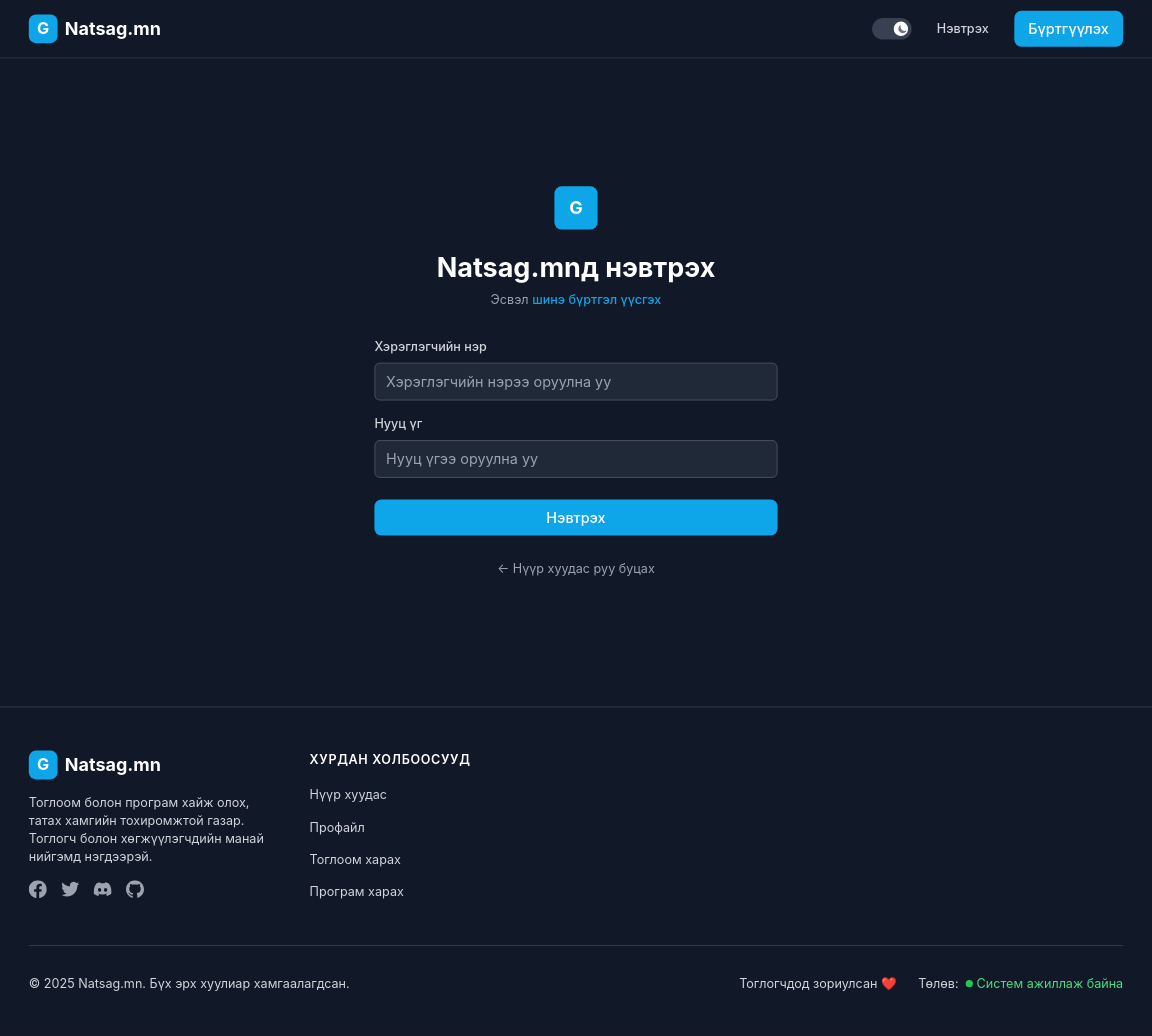
Repository: temuujinnn/file_server_frontend
Page: /login
An editor plug-in stored every save of this project. The page is shown before and after the next save, followed by the edit.
The browser window is 1280 px wide. The pictures show the whole page, at 90% of full size.
The project was rebuilt for these pictures with package versions that can differ from the ones it lists, and the page was loaded fresh each time. Also part of the build but not shown: vite.config.js, vite.config.ts, src/components/TagSidebar.tsx, src/components/ProductCard.tsx, src/components/ProductGrid.tsx, src/components/ProductDetailModal.tsx, src/components/ViewToggle.tsx, src/pages/HomePage.tsx and 3 more.

Above is the page before, as saved 2025-09-28 17:09:34.

After the next save:
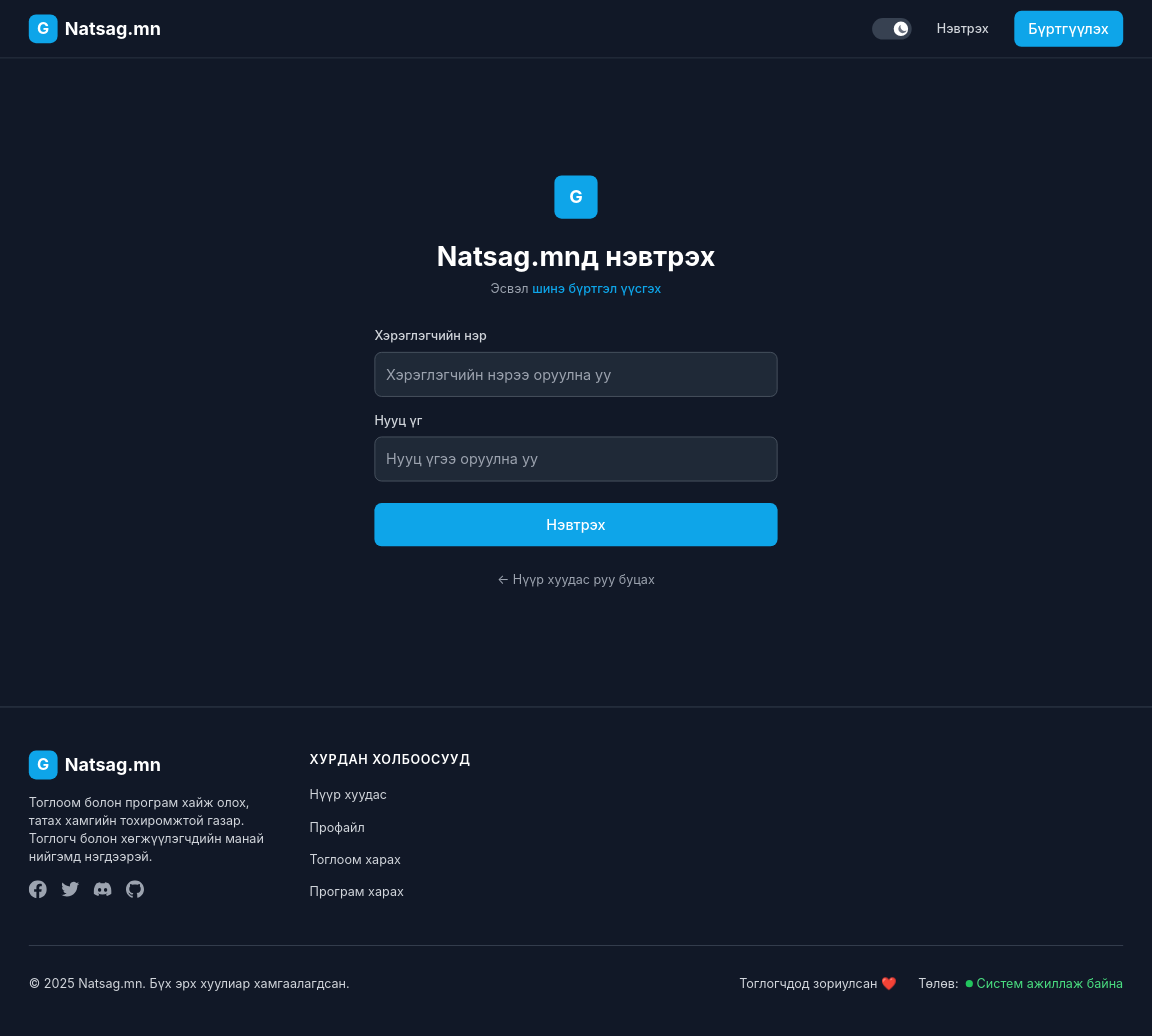
Saved 5 s later.
--- a/src/pages/LoginPage.tsx
+++ b/src/pages/LoginPage.tsx
@@ -90,16 +90,15 @@ const LoginPage: React.FC = () => {
   };
 
   return (
-    <div className="min-h-screen bg-gray-50 dark:bg-gray-900 flex items-center justify-center py-12 px-4 sm:px-6 lg:px-8 transition-colors duration-200">
-      <div className="max-w-md w-full space-y-8">
+    <div className="min-h-screen bg-gray-50 dark:bg-gray-900 flex items-center justify-center py-8 sm:py-12 px-4 sm:px-6 lg:px-8 transition-colors duration-200">
+      <div className="max-w-md w-full space-y-6 sm:space-y-8">
         <div>
           <div
-            className="mx-auto h-12 w-12 bg-electric-blue-500 flex items-center justify-center"
-            style={{borderRadius: "8px"}}
+            className="mx-auto h-10 w-10 sm:h-12 sm:w-12 bg-electric-blue-500 flex items-center justify-center rounded-lg"
           >
-            <span className="text-white font-bold text-xl">G</span>
+            <span className="text-white font-bold text-lg sm:text-xl">G</span>
           </div>
-          <h2 className="mt-6 text-center text-3xl font-bold text-gray-900 dark:text-white">
+          <h2 className="mt-4 sm:mt-6 text-center text-2xl sm:text-3xl font-bold text-gray-900 dark:text-white">
             Natsag.mnд нэвтрэх
           </h2>
           <p className="mt-2 text-center text-sm text-gray-600 dark:text-gray-400">
@@ -113,7 +112,7 @@ const LoginPage: React.FC = () => {
           </p>
         </div>
 
-        <form className="mt-8 space-y-6" onSubmit={handleSubmit}>
+        <form className="mt-6 sm:mt-8 space-y-4 sm:space-y-6" onSubmit={handleSubmit}>
           <div className="space-y-4">
             <div>
               <label
@@ -129,7 +128,7 @@ const LoginPage: React.FC = () => {
                 required
                 value={formData.username}
                 onChange={handleChange}
-                className="w-full px-3 py-2 bg-white dark:bg-gray-800 border border-gray-300 dark:border-gray-600 rounded-md text-gray-900 dark:text-white placeholder-gray-500 dark:placeholder-gray-400 focus:outline-none focus:ring-2 focus:ring-electric-blue-500 focus:border-transparent"
+                className="w-full px-3 py-2 sm:py-3 bg-white dark:bg-gray-800 border border-gray-300 dark:border-gray-600 rounded-lg text-gray-900 dark:text-white placeholder-gray-500 dark:placeholder-gray-400 focus:outline-none focus:ring-2 focus:ring-electric-blue-500 focus:border-transparent text-sm sm:text-base"
                 placeholder="Хэрэглэгчийн нэрээ оруулна уу"
               />
             </div>
@@ -148,14 +147,14 @@ const LoginPage: React.FC = () => {
                 required
                 value={formData.password}
                 onChange={handleChange}
-                className="w-full px-3 py-2 bg-white dark:bg-gray-800 border border-gray-300 dark:border-gray-600 rounded-md text-gray-900 dark:text-white placeholder-gray-500 dark:placeholder-gray-400 focus:outline-none focus:ring-2 focus:ring-electric-blue-500 focus:border-transparent"
+                className="w-full px-3 py-2 sm:py-3 bg-white dark:bg-gray-800 border border-gray-300 dark:border-gray-600 rounded-lg text-gray-900 dark:text-white placeholder-gray-500 dark:placeholder-gray-400 focus:outline-none focus:ring-2 focus:ring-electric-blue-500 focus:border-transparent text-sm sm:text-base"
                 placeholder="Нууц үгээ оруулна уу"
               />
             </div>
           </div>
 
           {error && (
-            <div className="p-3 bg-red-50 dark:bg-red-900/20 border border-red-200 dark:border-red-500/50 rounded-md">
+            <div className="p-3 bg-red-50 dark:bg-red-900/20 border border-red-200 dark:border-red-500/50 rounded-lg">
               <p className="text-red-600 dark:text-red-400 text-sm">{error}</p>
             </div>
           )}
@@ -164,8 +163,7 @@ const LoginPage: React.FC = () => {
             <button
               type="submit"
               disabled={loading}
-              className="w-full btn-primary disabled:opacity-50 disabled:cursor-not-allowed"
-              style={{borderRadius: "8px"}}
+              className="w-full btn-primary disabled:opacity-50 disabled:cursor-not-allowed py-2 sm:py-3 text-sm sm:text-base rounded-lg"
             >
               {loading ? "Нэвтэрч байна..." : "Нэвтрэх"}
             </button>
